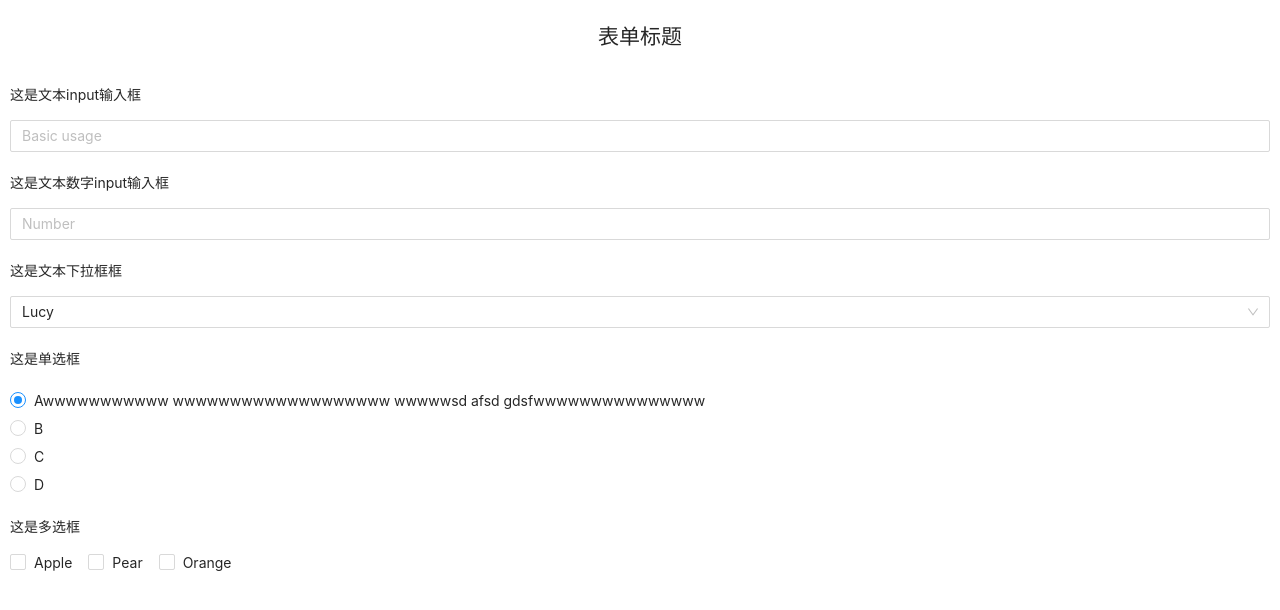
Repository: yangdi1993/form
Page: /
These files come from the project's save history. The page is drawn as it stood at one moment and after a run of saves; the edit follows.
The browser window is 1280 px wide. The pictures show the whole page.
The project was rebuilt for these pictures with package versions that can differ from the ones it lists, and the page was loaded fresh each time.

Above is the page before, as saved 2020-04-02 12:21:45.

### src/App.js
import React from 'react';
import './App.scss';
import { Input ,InputNumber, Select, Radio, Checkbox  } from 'antd';
const { Option } = Select;
const CheckboxGroup = Checkbox.Group;
class App extends React.Component {
  state = {
    optionsWithDisabled: [{ label: 'Apple', value: 'Apple' },
    { label: 'Pear', value: 'Pear' },
    { label: 'Orange', value: 'Orange' },],
    Radiovalue: 1,
    checkedList: [],
  };
  selectChange = e => {
    console.log('select Change', e);
    this.setState({
      defaultValue: e,
    });
  };
  radioChange = e => {
    console.log('radio checked', e.target);
    this.setState({
      Radiovalue: e.target.value,
    });
  };
  CheckboxChange = e => {
    console.log('checked = ', e);
    this.setState({
      checkedList: e,
    });
  };
  render () {
    return (
      <div className="App">
        <div className="form-head">
          <h2>表单标题</h2>
        </div>
        <div className="question-list">
          <div className="question-cell">
            <p className="input-title">这是文本input输入框</p>
            <Input placeholder="Basic usage" />
          </div>
          <div className="question-cell">
            <p className="numinput-title">这是文本数字input输入框</p>
            <InputNumber min={1} max={10} placeholder="Number" className="number-input" />
          </div>
          <div className="question-cell">
            <p className="select-title">这是文本下拉框框</p>
            <Select defaultValue="lucy" className="width-full" onChange={this.selectChange}>
              <Option value="jack">Jack</Option>
              <Option value="lucy">Lucy</Option>
              <Option value="disabled">disabled</Option>
              <Option value="Yiminghe">yiminghe</Option>
            </Select>
          </div>
          <div className="question-cell">
            <p className="numinput-title">这是单选框</p>
            <Radio.Group onChange={this.radioChange} value={this.state.Radiovalue}>
              <Radio className="style-block" value={1}>Awwwwwwwwwww wwwwwwwwwwwwwwwwwww wwwwwsd afsd gdsfwwwwwwwwwwwwwww</Radio>
              <Radio className="style-block" value={2}>B</Radio>
              <Radio className="style-block" value={3}>C</Radio>
              <Radio className="style-block" value={4}>D</Radio>
            </Radio.Group>
          </div>
          <div className="question-cell">
            <p className="numinput-title">这是多选框</p>
            <CheckboxGroup
              options={this.state.optionsWithDisabled}
              value={this.state.checkedList}
              onChange={this.CheckboxChange}
            />
          </div>
        </div>
        <div className="form-submit">
        </div>
      </div>
    )
  }
}



export default App;

### src/App.scss
@import '~antd/dist/antd.css';
.App {
  text-align: left;
}
.ar-App {
  direction: rtl;
  unicode-bidi: isolate
}
.form-head{
  text-align: center;
  padding: 20px;
}
.question-list{
  padding: 0 10px;
  .question-cell{
    margin-bottom: 20px;
  }
  .input-title{

  }
  .number-input{
    width: 100%;
  }
}


.width-full{
  width: 100%;
}

.style-block{
  display: block;
  width: 100%;
  white-space: normal;
}



::-webkit-scrollbar{
  width: 0;/* 纵向滚动条*/
  height: 0;/* 横向滚动条 */
  background-color: #fff;
}

/*定义滚动条轨道 内阴影*/
::-webkit-scrollbar-track{
  -webkit-box-shadow: inset 0 0 6px rgba(0,0,0,0);
  background-color: #fff;
}

/*定义滑块 内阴影*/
::-webkit-scrollbar-thumb{
  -webkit-box-shadow: inset 0 0 6px rgba(0,0,0,0);
  background-color: #D5D5D5;
}

Loaded but not shown: public/index.html (common file); src/index.js (common file); src/index.css (common file); src/serviceWorker.js (common file)

After the next 2 saves:
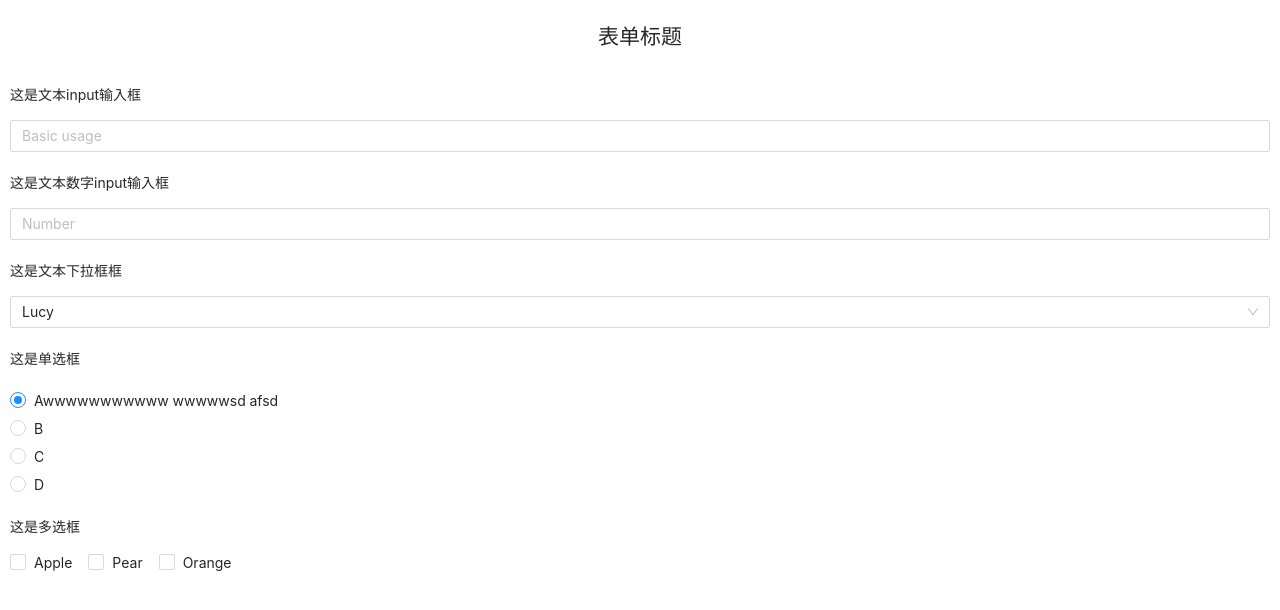
The 2 saves are shown as one change because they came seconds apart.
The last was saved 83 s later.
--- a/src/App.js
+++ b/src/App.js
@@ -56,7 +56,7 @@ class App extends React.Component {
           <div className="question-cell">
             <p className="numinput-title">这是单选框</p>
             <Radio.Group onChange={this.radioChange} value={this.state.Radiovalue}>
-              <Radio className="style-block" value={1}>Awwwwwwwwwww wwwwwwwwwwwwwwwwwww wwwwwsd afsd gdsfwwwwwwwwwwwwwww</Radio>
+              <Radio className="style-block" value={1}>Awwwwwwwwwww  wwwwwsd afsd </Radio>
               <Radio className="style-block" value={2}>B</Radio>
               <Radio className="style-block" value={3}>C</Radio>
               <Radio className="style-block" value={4}>D</Radio>
